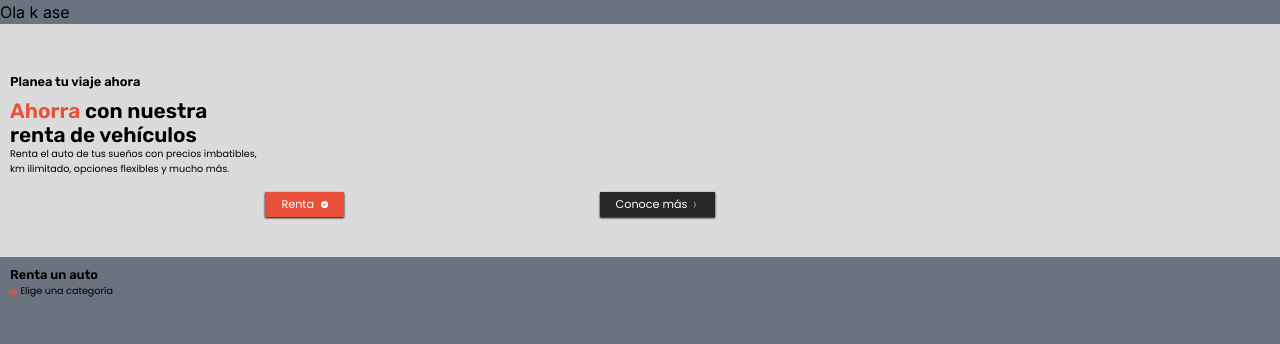
Repository: aldovelacasas/PF_RentCar2
Page: /homePage
The author's editor kept a copy of each file at every save. The page is drawn from the files as they stood at one save, then again after the next save.
The browser window is 1280 px wide. The pictures show the whole page.
The project was rebuilt for these pictures with package versions that can differ from the ones it lists, and the page was loaded fresh each time. Some packages were replaced by stand-ins written for this rebuild. The framework's server and built-in components were replaced by stand-ins that run in the browser. Also part of the build but not shown: next.config.js.

Above is the page before, as saved 2023-08-29 19:49:59.

After the next save:
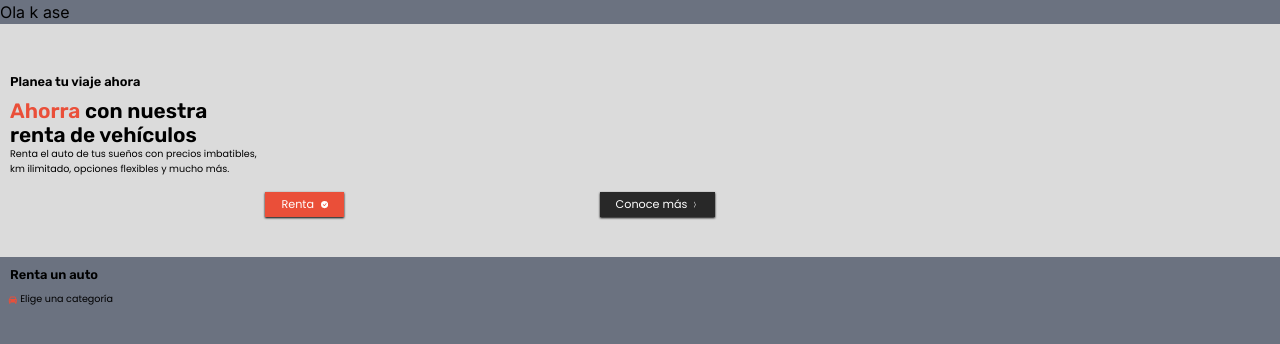
Saved 18 s later.
--- a/src/app/homePage/page.jsx
+++ b/src/app/homePage/page.jsx
@@ -45,8 +45,10 @@ function HomePage() {
         </div>
       </header>
       <form className={`${poppins} text-[0.6em]`}>
-        <p className={`mt-2 ml-2.5 text-[0.8rem] ${rubik}`}>Renta un auto</p>
-        <label htmlFor="categoria" className="ml-2 pt-2">
+        <p className={`mt-2 ml-2.5 text-[0.8rem] ${rubik} mb-2`}>
+          Renta un auto
+        </p>
+        <label htmlFor="categoria" className="ml-2">
           <BiSolidCar className="inline text-naranja_enf" /> Elige una categoría
         </label>
       </form>
